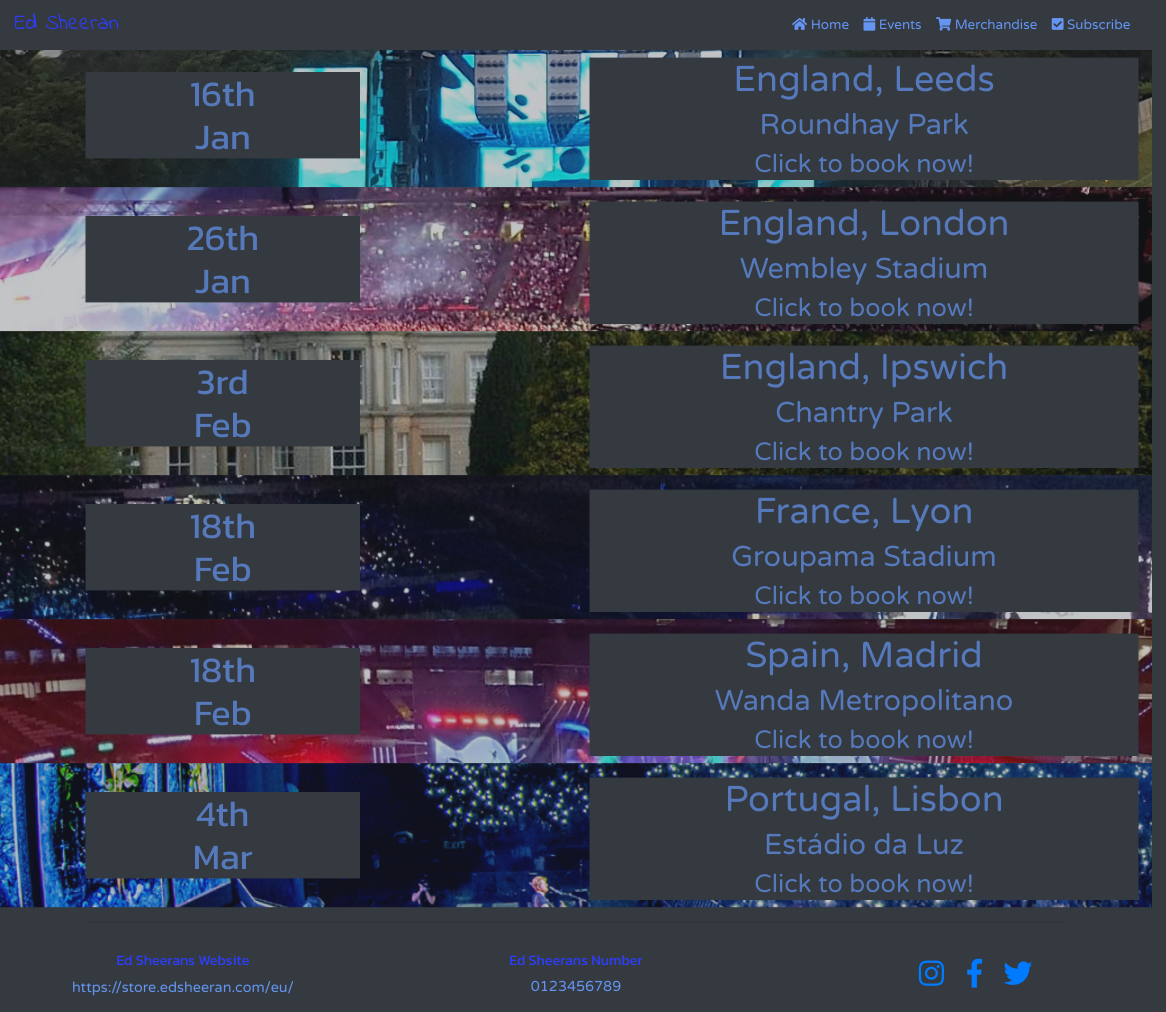
Repository: amit238/milestone-project-1
Page: events.html
The author's editor kept a record of every edit. The page is drawn from the files as they stood at one moment, then again after the next edit.
The browser window is 1280 px wide. The page is 1295 px wide, so the pictures cover 1295 px, including what lies to the right of the window. The pictures show the whole page, at 90% of full size.
Some web libraries are served in a nearby version.

Above is the page before.

### events.html
<!DOCTYPE html>
<html lang="en">

<head>
  <meta charset="UTF-8">
  <meta name="viewport" content="width=device-width, initial-scale=1.0">
  <meta http-equiv="X-UA-Compatible" content="ie=edge">
  <link rel="stylesheet" href="https://maxcdn.bootstrapcdn.com/bootstrap/4.2.1/css/bootstrap.min.css" type="text/css" />
  <link rel="stylesheet" href="https://use.fontawesome.com/releases/v5.0.10/css/all.css" integrity="sha384-+d0P83n9kaQMCwj8F4RJB66tzIwOKmrdb46+porD/OvrJ+37WqIM7UoBtwHO6Nlg" crossorigin="anonymous">
  <link href="https://fonts.googleapis.com/css?family=Indie+Flower|Kanit|Varela+Round&display=swap" rel="stylesheet">
  <link rel="stylesheet" href="assets/css/style.css">
  <title>Ed Sheeran - User Centric Frontend Project</title>
</head>

<body>
  <nav class="navbar fixed-top navbar-expand-lg navbar-dark bg-dark">
    <a class="edsheeran-brand">Ed Sheeran</a>
    <button type="button" class="navbar-toggler" data-toggle="collapse" data-target="#main-menu" aria-expanded="true">
                <span class="navbar-toggler-icon"></span>
            </button>
    <div id="main-menu" class="navbar-collapse collapse">
      <ul class="navbar-nav ml-auto">
        <li class="nav-item active"><a class="nav-link" href="index.html"><i class="fas fa-home"></i> Home</a></li>
        <li class="nav-item"><a class="nav-link" href="events.html"><i class="fas fa-calendar"></i> Events</a></li>
        <li class="nav-item"><a class="nav-link" href="merchandise.html"><i class="fas fa-shopping-cart"></i> Merchandise</a></li>
        <li class="nav-item"><a class="nav-link" href="subscribe.html"><i class="fas fa-check-square"></i> Subscribe</a></li>
      </ul>
    </div>
  </nav>
  <div class="container-fluid">
    <a style="text-decoration: none" href="https://www.edsheeran.com/tour" class="hyper-colour">
      <div class="row events-leeds">
        <div class="col-6">
          <div class="events-left">
            <h1>16th<br>Jan</h1>
          </div>
        </div>
        <div class="col-6">
          <div class="events-center">
            <h1>England, Leeds</h1>
            <h2>Roundhay Park</h2>
            <h3>Click to book now!</h3>
          </div>
        </div>
      </div>
    </a>
    <a style="text-decoration: none" href="https://www.edsheeran.com/tour" class="hyper-colour">
      <div class="row events-london">
        <div class="col-6 opa">
          <div class="events-left">
            <h1>26th<br>Jan</h1>
          </div>
        </div>
        <div class="col-6">
          <div class="events-center">
            <h1>England, London</h1>
            <h2>Wembley Stadium</h2>
            <h3>Click to book now!</h3>
          </div>
        </div>
      </div>
    </a>
    <a style="text-decoration: none" href="https://www.edsheeran.com/tour" class="hyper-colour">
      <div class="row events-ipswich">
        <div class="col-6">
          <div class="events-left">
            <h1>3rd<br>Feb</h1>
          </div>
        </div>
        <div class="col-6">
          <div class="events-center">
            <h1>England, Ipswich</h1>
            <h2>Chantry Park</h2>
            <h3>Click to book now!</h3>
          </div>
        </div>
      </div>
    </a>
    <a style="text-decoration: none" href="https://www.edsheeran.com/tour" class="hyper-colour">
      <div class="row events-lyon">
        <div class="col-6">
          <div class="events-left">
            <h1>18th<br>Feb</h1>
          </div>
        </div>
        <div class="col-6">
          <div class="events-center">
            <h1>France, Lyon</h1>
            <h2>Groupama Stadium</h2>
            <h3>Click to book now!</h3>
          </div>
        </div>
      </div>
    </a>
    <a style="text-decoration: none" href="https://www.edsheeran.com/tour" class="hyper-colour">
      <div class="row events-madrid">
        <div class="col-6">
          <div class="events-left">
            <h1>18th<br>Feb</h1>
          </div>
        </div>
        <div class="col-6">
          <div class="events-center">
            <h1>Spain, Madrid</h1>
            <h2>Wanda Metropolitano</h2>
            <h3>Click to book now!</h3>
          </div>
        </div>
      </div>
    </a>
    <a style="text-decoration: none" href="https://www.edsheeran.com/tour" class="hyper-colour">
      <div class="row events-lisbon">
        <div class="col-6">
          <div class="events-left">
            <h1>4th<br>Mar</h1>
          </div>
        </div>
        <div class="col-6">
          <div class="events-center">
            <h1>Portugal, Lisbon</h1>
            <h2>Estádio da Luz</h2>
            <h3>Click to book now!</h3>
          </div>
        </div>
      </div>
    </a>
  </div>
  <footer>
    <hr>
    <div class="row">
      <div class="col-sm-4">
        <h6 class=footer-header>Ed Sheerans Website</h6>
        <a href="https://store.edsheeran.com/eu/" target="_blank" class=footer-p>https://store.edsheeran.com/eu/</a>
      </div>
      <div class="col-sm-4">
        <h6 class=footer-header>Ed Sheerans Number</h6>
        <p class=footer-p>0123456789</p>
      </div>
      <div class="col-sm-4">
        <ul class="list-inline social-links">
          <li class="list-inline-item"><a target="_blank" href="https://www.facebook.com"><i></i></a>
          </li>
          <li class="list-inline-item"><a target="_blank" href="https://www.instagram.com/teddysphotos/?hl=en"><i class="fab fa-instagram fa-2x fa-fw"></i></a>
            <li class="list-inline-item"><a target="_blank" href="https://en-gb.facebook.com/EdSheeranMusic"><i class="fab fa-facebook-f fa-2x fa-fw"></i></a>
              <li class="list-inline-item"><a target="_blank" href="https://twitter.com/edsheeran?lang=en"><i class="fab fa-twitter fa-2x fa-fw"></i></a>
              </li>
        </ul>
      </div>
    </div>
  </footer>
  <script src="https://code.jquery.com/jquery-3.3.1.slim.min.js" integrity="sha384-q8i/X+965DzO0rT7abK41JStQIAqVgRVzpbzo5smXKp4YfRvH+8abtTE1Pi6jizo" crossorigin="anonymous"></script>
  <script src="https://cdnjs.cloudflare.com/ajax/libs/popper.js/1.14.6/umd/popper.min.js" integrity="sha384-wHAiFfRlMFy6i5SRaxvfOCifBUQy1xHdJ/yoi7FRNXMRBu5WHdZYu1hA6ZOblgut" crossorigin="anonymous"></script>
  <script src="https://stackpath.bootstrapcdn.com/bootstrap/4.2.1/js/bootstrap.min.js" integrity="sha384-B0UglyR+jN6CkvvICOB2joaf5I4l3gm9GU6Hc1og6Ls7i6U/mkkaduKaBhlAXv9k" crossorigin="anonymous"></script>
</body>

</html>

### assets/css/style.css
body {
    background-color: #343A40;
}


/*--------------------NAVBAR--------------------*/

.navbar.navbar-expand-lg.navbar-dark.bg-dark .edsheeran-brand {
    font-family: 'Indie Flower', cursive;
    color: #2E3EFF;
    font-size: 150%;
}

.navbar.navbar-expand-lg.navbar-dark.bg-dark .nav-link {
    font-family: 'Varela Round', sans-serif;
    color: #6594F1;
    font-size: 15px;
}

/*------------Navbar margin------------*/

.container-fluid {
    margin-top: 3em;
}

.marg {
    margin-top: 1em;
}


/*--------------------INDEX--------------------*/


/*-------------Carousel---------------*/

#carouselExampleCaptions {
    margin-top: 3em;
}

/*-----------About/Audio/Album Section------------*/

.card-title {
    font-family: 'Kanit', sans-serif;
}

.card-text {
    font-family: 'Varela Round', sans-serif;
}

.about-card {
    text-align: center;
    color: #2E3EFF;
    background-color: #343A40;
}


.audio-card {
    margin-top: 2em;
    text-align: center;
    color: #2E3EFF;
    background-color: #343A40;
}

.album-card {
    margin-top: 2em;
    text-align: center;
    color: #2E3EFF;
    background-color: #343A40;
    height: 14.8em;
}

.card-text {
    color: #6594F1;
}


/*-------------------------Events-------------------------*/

.hyper-colour {
    color: #6594F1;
}

.events-left {
    font-family: 'Kanit', sans-serif;
    text-align: center;
    margin-left: 5em;
    margin-top: 2em;
    color: #6594F1;
    background-color: #343A40;
    width: 50%;
    opacity: 1;
}


.events-center {
    font-family: 'Varela Round', sans-serif;
    text-align: center;
    margin-top: 1em;
    color: #6594F1;
    background-color: #343A40;
    width: 100%;
}


.events-leeds {
    background-image: url("../images/roundhay.png");
    background-repeat: no-repeat;
    opacity: 0.7;
}

.events-leeds:hover {
    opacity: 2;
    transition-duration: 1.5s;
}


.events-london {
    background-image: url("../images/wembley.png");
    background-repeat: no-repeat;
    opacity: 0.7;
}

.events-london:hover {
    opacity: 1;
    transition-duration: 1.5s;
}

.events-ipswich {
    background-image: url("../images/ipswich.png");
    background-repeat: no-repeat;
    opacity: 0.7;
}

.events-ipswich:hover {
    opacity: 1;
    transition-duration: 1.5s;

}

.events-madrid {
    background-image: url("../images/madrid.png");
    background-repeat: no-repeat;
    opacity: 0.7;
}

.events-madrid:hover {
    opacity: 1;
    transition-duration: 1.5s;
}


.events-lyon {
    background-image: url("../images/lyon.png");
    background-repeat: no-repeat;
    opacity: 0.7;
}

.events-lyon:hover {
    opacity: 1;
    transition-duration: 1.5s;

}

.events-lisbon {
    background-image: url("../images/lisbon.png");
    background-repeat: no-repeat;
    opacity: 0.7;
}

.events-lisbon:hover {
    opacity: 1;
    transition-duration: 1.5s;

}


@media only screen and (max-width: 599px) {
    .events-left {
        width: 100%;
        margin-left: 0em;
    }
    .events-center {
        width: 100%;
        margin-top: 1em;
    }
}

@media only screen and (max-width: 375px) {
    h1 {
        font-size: 25px;
    }
    h2 {
        font-size: 25px;
    }
    h3 {
        font-size: 25px;
    }
}

/*----------------------Merchandise-----------------------*/


.best-sellers {
    font-family: 'Kanit', sans-serif;
    text-decoration: underline;
    text-align: center;
    color: #6594F1;
    font-weight: 600;
    font-size: 30px;
    margin: 1em;
}

.latest-release {
    font-family: 'Kanit', sans-serif;
    text-decoration: underline;
    text-align: center;
    color: #6594F1;
    font-weight: 600;
    font-size: 30px;
    margin: 1em;
}

.card-title {
    font-family: 'Kanit', sans-serif;
    color: #2E3EFF;
}

.card-merch {
    font-family: 'Varela Round', sans-serif;
    background-color: #343A40;
    text-align: center;
}

@media only screen and (max-width: 768px) {
    .card-merch {
        margin: 1em;
    }
}


/*---------------------------Subscribe---------------------------*/

.sub-background {
    background-image: url("../images/ed-sheeran-singing.jpg");
    background-repeat: no-repeat;
    background-position: top;
    opacity: 0.7;
    height: 55em;
}

.sub-title {
    position: relative;
    top: 15em;
}

.sub-head {
    font-family: 'Kanit', sans-serif;
    text-align: center;
    font-size: 50px;
    background-color: #2E3EFF;
}

.sub-para {
    font-family: 'Varela Round', sans-serif;
    text-align: center;
    font-size: 25px;
    background-color: #6594F1;
}

.form {
    padding-top: 1em;
}

.sub-form {
    position: relative;
    top: 14em;
}

.sub-btn {
    text-align: center;
    padding-top: 1em;
}



.sub-background:hover {
    opacity: 1;
    transition-duration: 2s;
}

@media only screen and (max-width: 769px) {
    .sub-title {
        position: relative;
        top: 5em;
    }

    .sub-form {
        position: relative;
        top: 4em;
    }
}


/*--------------Subscribe - Second Part--------------*/

.sub-card-issue {
    text-align: center;
    background-color: #343A40;
    margin-top: 9em;
}

.blue {
    font-family: 'Kanit', sans-serif;
    color: #2E3EFF;
}

.lg-blue {
    font-family: 'Varela Round', sans-serif;
    color: #6594F1;
}

.sub-card-list {
    position: relative;
    right: 1em;
    text-align: center;
    background-color: #343A40;
    margin-top: 5em;
}

.sub-card-map {
    text-align: center;
    background-color: #343A40;
    margin-top: 1em;
}

.map {
    height: 50vh;
}


@media only screen and (max-width: 1199px) {
    .sub-card-issue {
        margin-top: 1em;
    }
    .sub-card-list {
        margin-top: 1em;
    }
}

/*-------------------------Footer----------------------------*/

footer {
    text-align: center;
}

hr {
    background: #3A3A3A;
    width: 85%;
}

.footer-header {
    font-family: 'Kanit', sans-serif;
    color: #2E3EFF;
    margin-top: 1em;
}

.list-inline {
    margin-top: 1.5em;
}

.footer-p {
    font-family: 'Varela Round', sans-serif;
    color: #6594F1;
}

After the next edit:
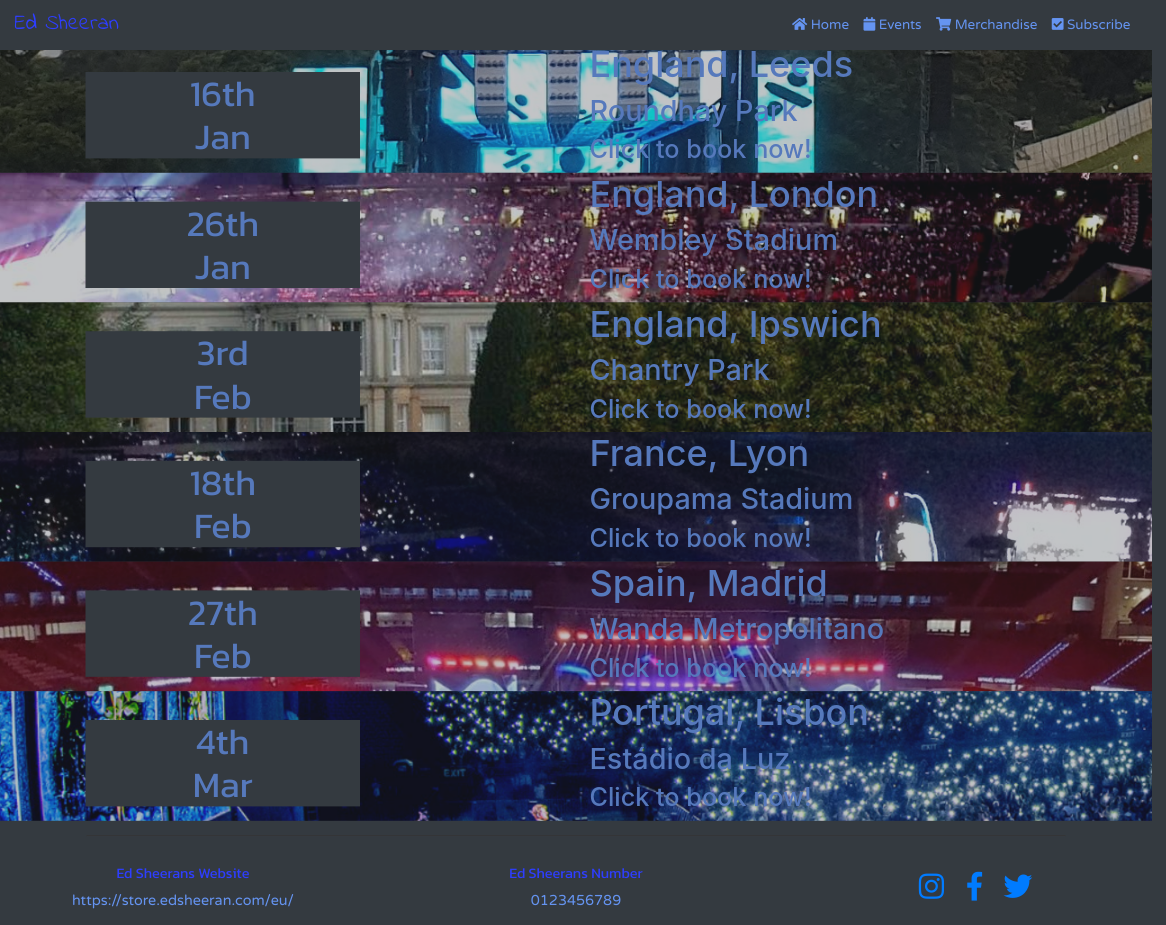
The edit:
--- a/events.html
+++ b/events.html
@@ -36,7 +36,7 @@
           </div>
         </div>
         <div class="col-6">
-          <div class="events-center">
+          <div class="events-right">
             <h1>England, Leeds</h1>
             <h2>Roundhay Park</h2>
             <h3>Click to book now!</h3>
@@ -52,7 +52,7 @@
           </div>
         </div>
         <div class="col-6">
-          <div class="events-center">
+          <div class="events-right">
             <h1>England, London</h1>
             <h2>Wembley Stadium</h2>
             <h3>Click to book now!</h3>
@@ -68,7 +68,7 @@
           </div>
         </div>
         <div class="col-6">
-          <div class="events-center">
+          <div class="events-right">
             <h1>England, Ipswich</h1>
             <h2>Chantry Park</h2>
             <h3>Click to book now!</h3>
@@ -84,7 +84,7 @@
           </div>
         </div>
         <div class="col-6">
-          <div class="events-center">
+          <div class="events-right">
             <h1>France, Lyon</h1>
             <h2>Groupama Stadium</h2>
             <h3>Click to book now!</h3>
@@ -96,11 +96,11 @@
       <div class="row events-madrid">
         <div class="col-6">
           <div class="events-left">
-            <h1>18th<br>Feb</h1>
+            <h1>27th<br>Feb</h1>
           </div>
         </div>
         <div class="col-6">
-          <div class="events-center">
+          <div class="events-right">
             <h1>Spain, Madrid</h1>
             <h2>Wanda Metropolitano</h2>
             <h3>Click to book now!</h3>
@@ -116,7 +116,7 @@
           </div>
         </div>
         <div class="col-6">
-          <div class="events-center">
+          <div class="events-right">
             <h1>Portugal, Lisbon</h1>
             <h2>Estádio da Luz</h2>
             <h3>Click to book now!</h3>
